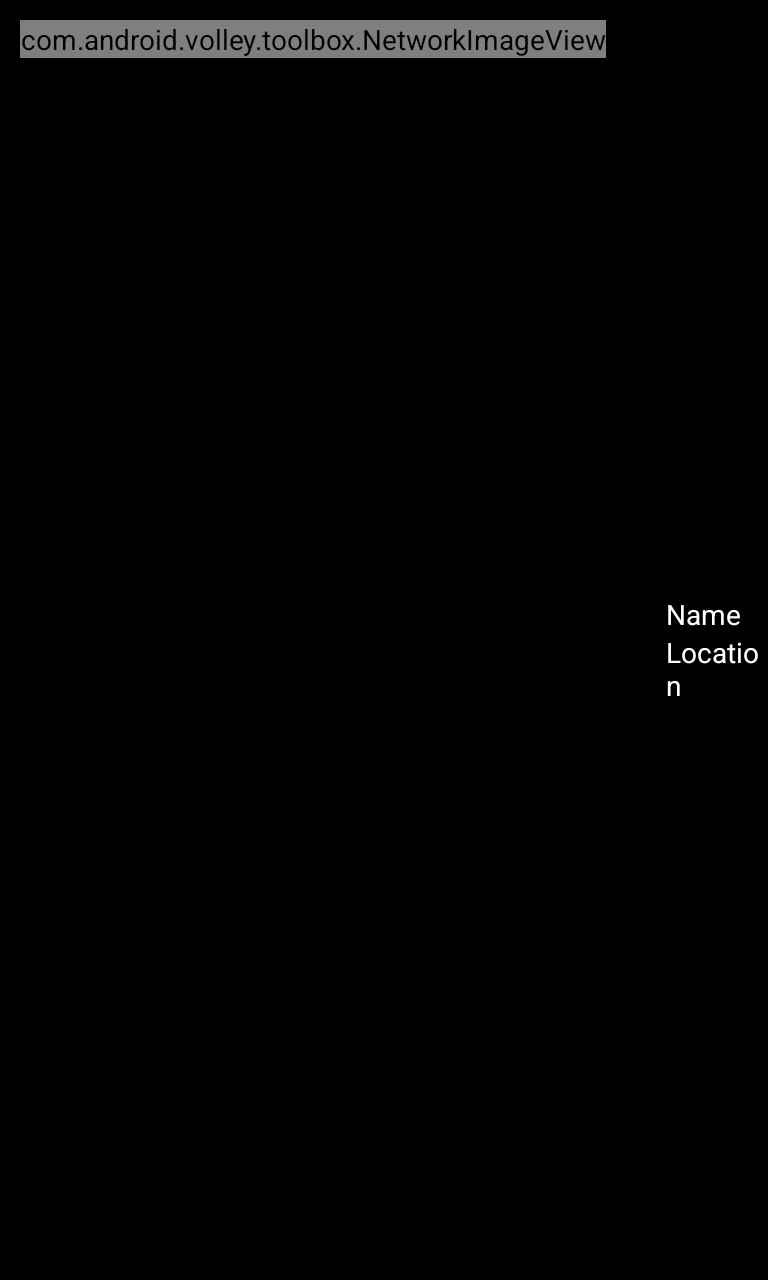
Repository: cnevinc/togather
Layout: GeorgeMe/res/layout/list_item_shop.xml
These files come from the project's save history. The layout is drawn as it stood at one moment and after the next save; the edit follows.
Pictures or frames that could not be fetched are drawn as grey boxes. It is drawn on a 768 x 1280 px phone screen (xhdpi) without system bars, with theme android:Theme.Holo; the app's code is not run.

Above is the layout before, as saved 2014-07-26 10:01:21.

### GeorgeMe/res/layout/list_item_shop.xml
<?xml version="1.0" encoding="utf-8"?>
<FrameLayout xmlns:android="http://schemas.android.com/apk/res/android"
    android:layout_width="fill_parent"
    android:layout_height="fill_parent" >

    <RelativeLayout
        android:id="@+id/front"
        android:layout_width="match_parent"
        android:layout_height="match_parent"
        android:background="#000000"
        android:orientation="vertical"
        android:paddingBottom="10dp" >

        <com.android.volley.toolbox.NetworkImageView
            xmlns:app="http://schemas.android.com/apk/res-auto"
            android:id="@+id/user_image"
            android:layout_width="wrap_content"
            android:layout_height="wrap_content"
            android:layout_marginLeft="10dp"
            android:layout_marginTop="10dp"
            android:background="@drawable/ic_launcher" />

        <!-- android:layout_centerVertical="true" -->

        <RelativeLayout
            android:id="@+id/relativeLayout1"
            android:layout_width="wrap_content"
            android:layout_height="wrap_content"
            android:layout_centerInParent="true"
            android:layout_marginLeft="20dp"
            android:layout_toRightOf="@+id/user_image"
            android:gravity="center" >

            <!-- android:layout_alignParentTop="true" -->

            <TextView
                android:id="@+id/user_name"
                android:layout_width="wrap_content"
                android:layout_height="wrap_content"
                android:layout_marginLeft="10dp"
                android:layout_marginTop="10dp"
                android:text="Name"
                android:textColor="#ffffff" />

            <TextView
                android:id="@+id/user_location"
                android:layout_width="wrap_content"
                android:layout_height="wrap_content"
                android:layout_below="@+id/user_name"
                android:layout_marginLeft="10dp"
                android:text="Location"
                android:textColor="#ffffff" />
        </RelativeLayout>

        <RelativeLayout
            android:id="@+id/back"
            android:layout_width="wrap_content"
            android:layout_height="wrap_content"
            android:orientation="vertical"
            android:tag="front" >
        </RelativeLayout>
    </RelativeLayout>

</FrameLayout>

After the next save:
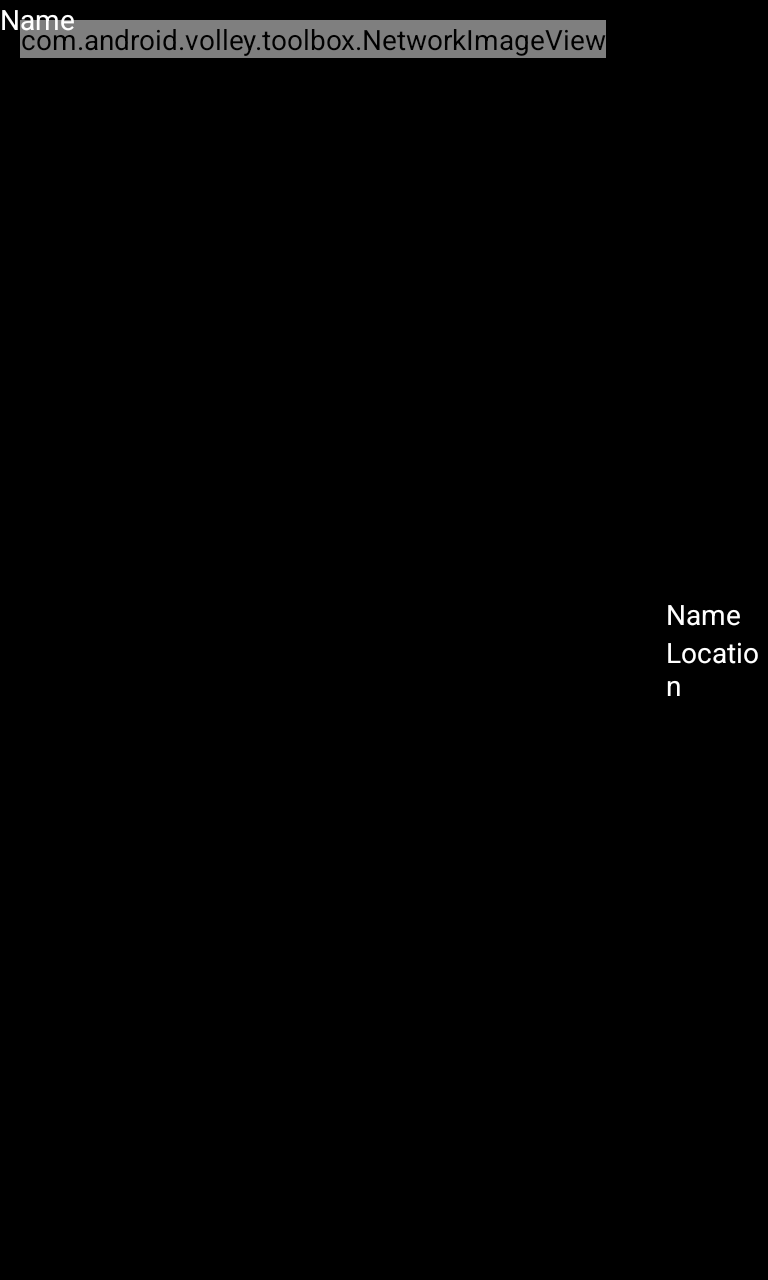
Saved 4 min 28 s later.
--- a/GeorgeMe/res/layout/list_item_shop.xml
+++ b/GeorgeMe/res/layout/list_item_shop.xml
@@ -58,6 +58,14 @@
             android:layout_height="wrap_content"
             android:orientation="vertical"
             android:tag="front" >
+            <TextView
+                android:id="@+id/user_name"
+                android:layout_width="wrap_content"
+                android:layout_height="wrap_content"
+				android:layout_centerInParent="true"
+                android:text="Name"
+                android:textColor="#ffffff" />
+
         </RelativeLayout>
     </RelativeLayout>
 
